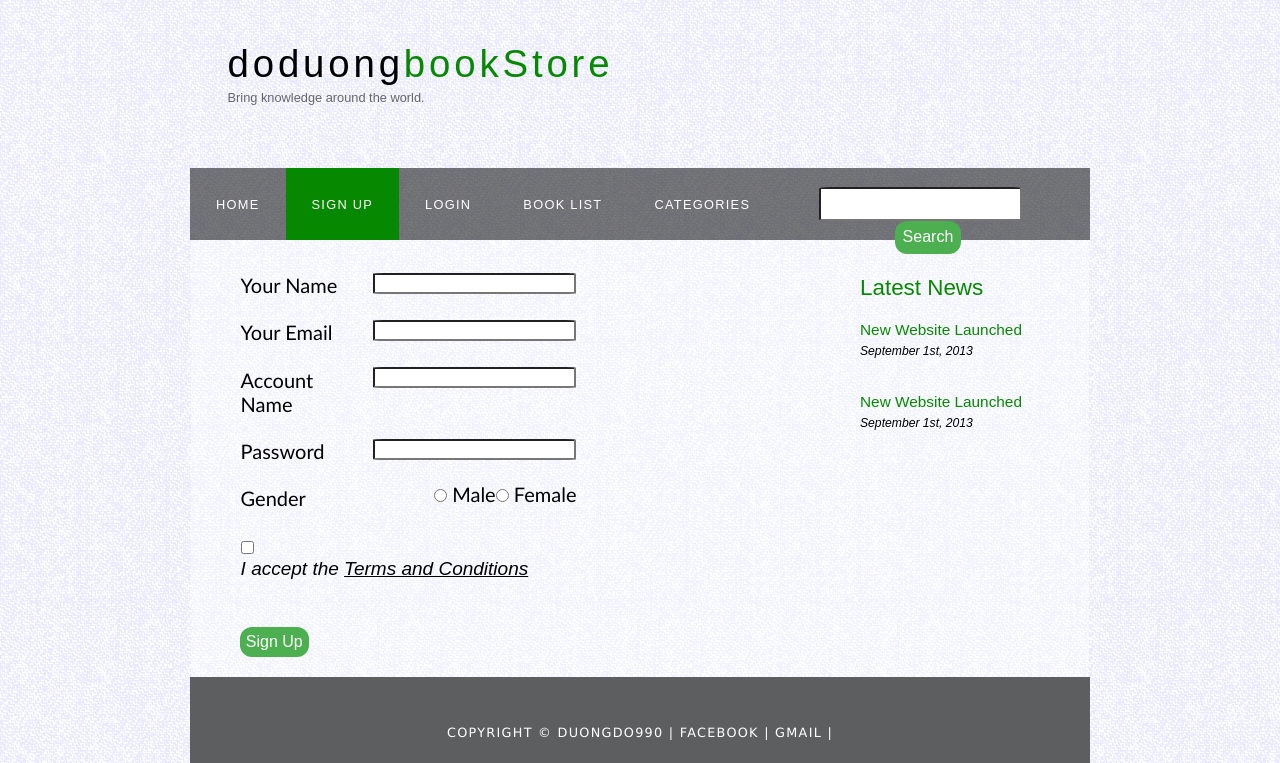
Repository: ngttuyen/JavaWeb
Page: http://localhost/MyWebsite/signup.jsp
An editor plug-in stored every save of this project. The page is shown before and after the next save, followed by the edit.
The browser window is 1280 px wide. The pictures show the whole page.
The page is served by Tomcat 9.

Above is the page before, as saved 2019-06-01 12:59:41.

After the next save:
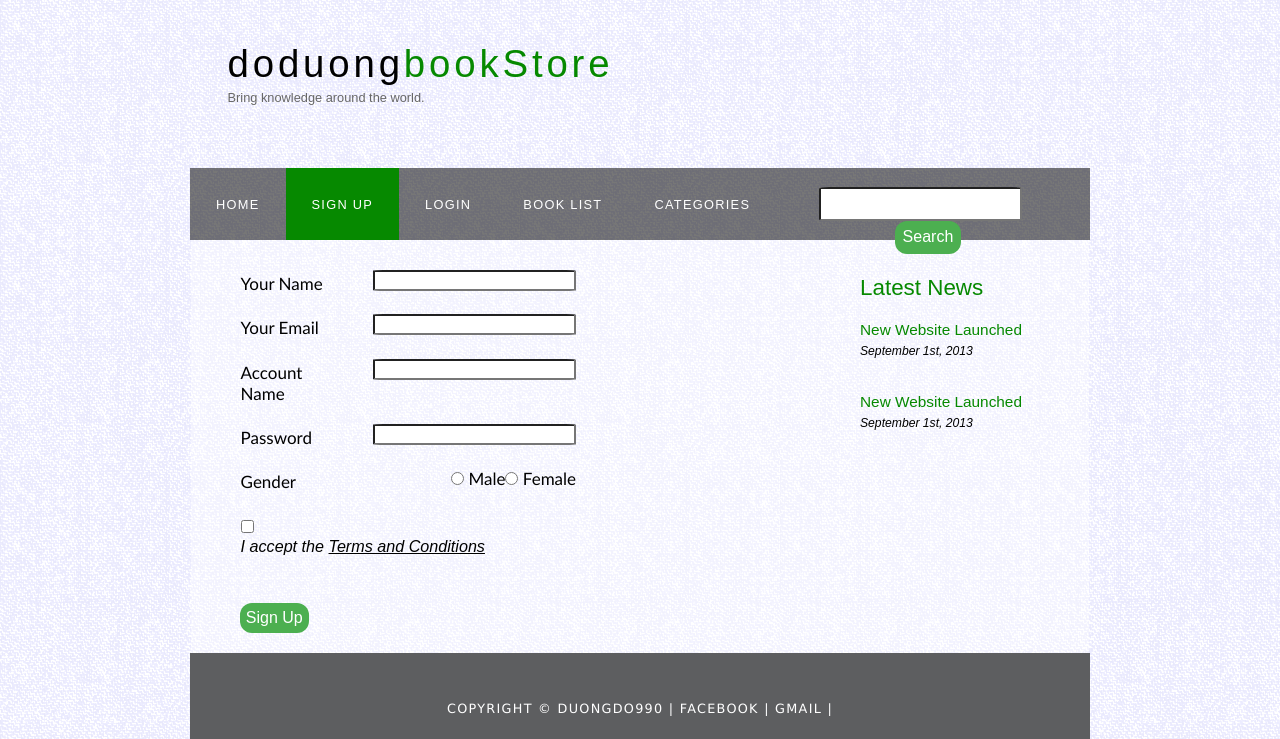
Saved 24 s later.
--- a/MyWebsite/WebContent/styles/style.css
+++ b/MyWebsite/WebContent/styles/style.css
@@ -259,7 +259,7 @@ ul#menu li a:hover, ul#menu li.selected a, ul#menu li.selected a:hover
 table{
 	width: 60%;
 	height: 100%;
-	font-size: 20px;
+	font-size: 17px;
 	color: black;
 }
 td{
